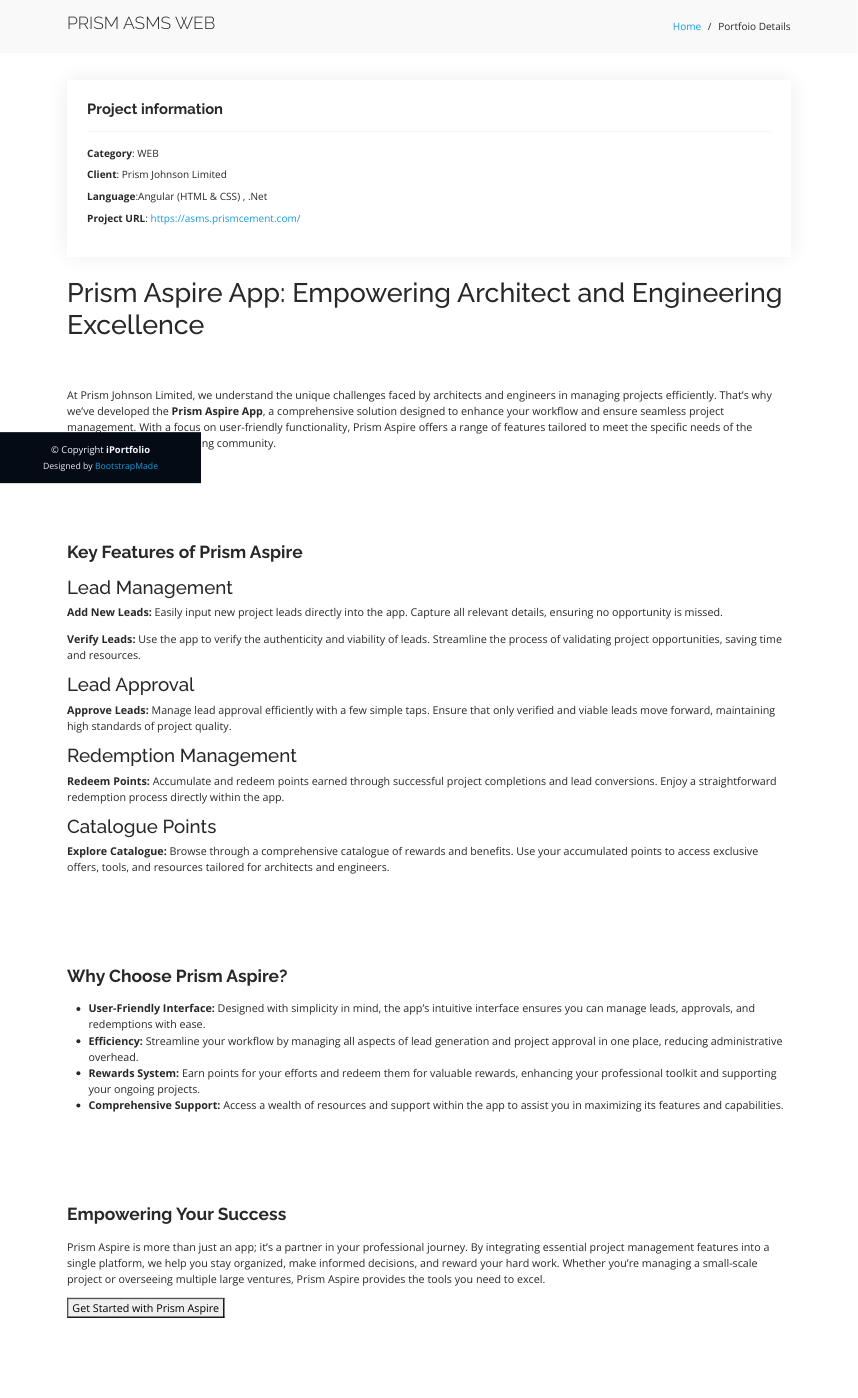
Repository: ajeettiwari-2809/iPortfolio
Page: asms.html
These files come from the project's save history. The page is drawn as it stood at one moment and after the next save; the edit follows.
The browser window is 1280 px wide. The pictures show the whole page, at 67% of full size.

Above is the page before, as saved 2024-06-05 14:34:58.

After the next save:
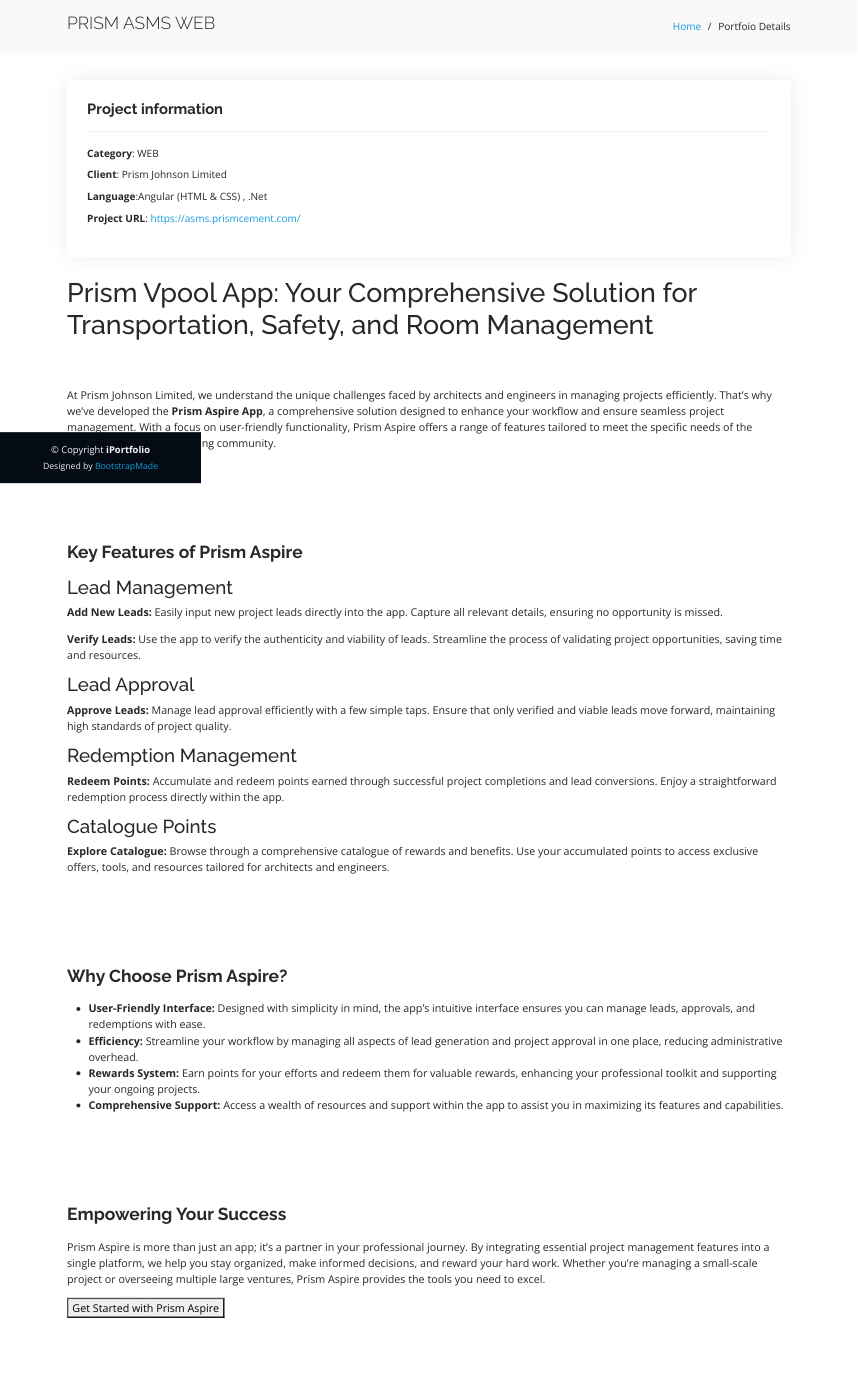
Saved 44 s later.
--- a/asms.html
+++ b/asms.html
@@ -168,7 +168,7 @@
 
         <div class="portfolio-description">
           <header>
-            <h1>Prism Aspire App: Empowering Architect and Engineering Excellence</h1>
+            <h1>Prism Vpool App: Your Comprehensive Solution for Transportation, Safety, and Room Management</h1>
           </header>
 
           <section class="intro">
